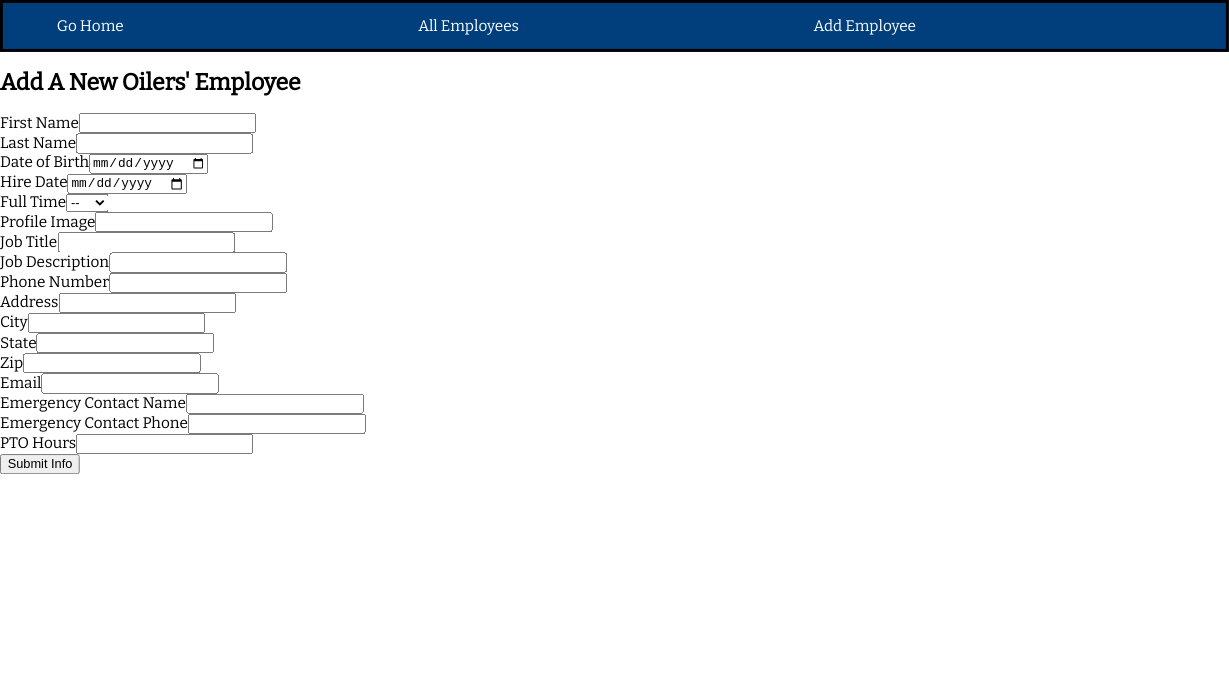
Repository: rh1456/employee-directory
Page: /2
These files come from the project's save history. The page is drawn as it stood at one moment and after the next save; the edit follows.
The browser window is 1280 px wide. The pictures show the whole page, at 96% of full size.
The project was rebuilt for these pictures with package versions that can differ from the ones it lists, and the page was loaded fresh each time. Also part of the build but not shown: src/pages/HomePage.jsx, src/pages/SingleEmployee.jsx, src/pages/AllEmployees.jsx.

Above is the page before, as saved 2019-12-08 18:52:02.

After the next save:
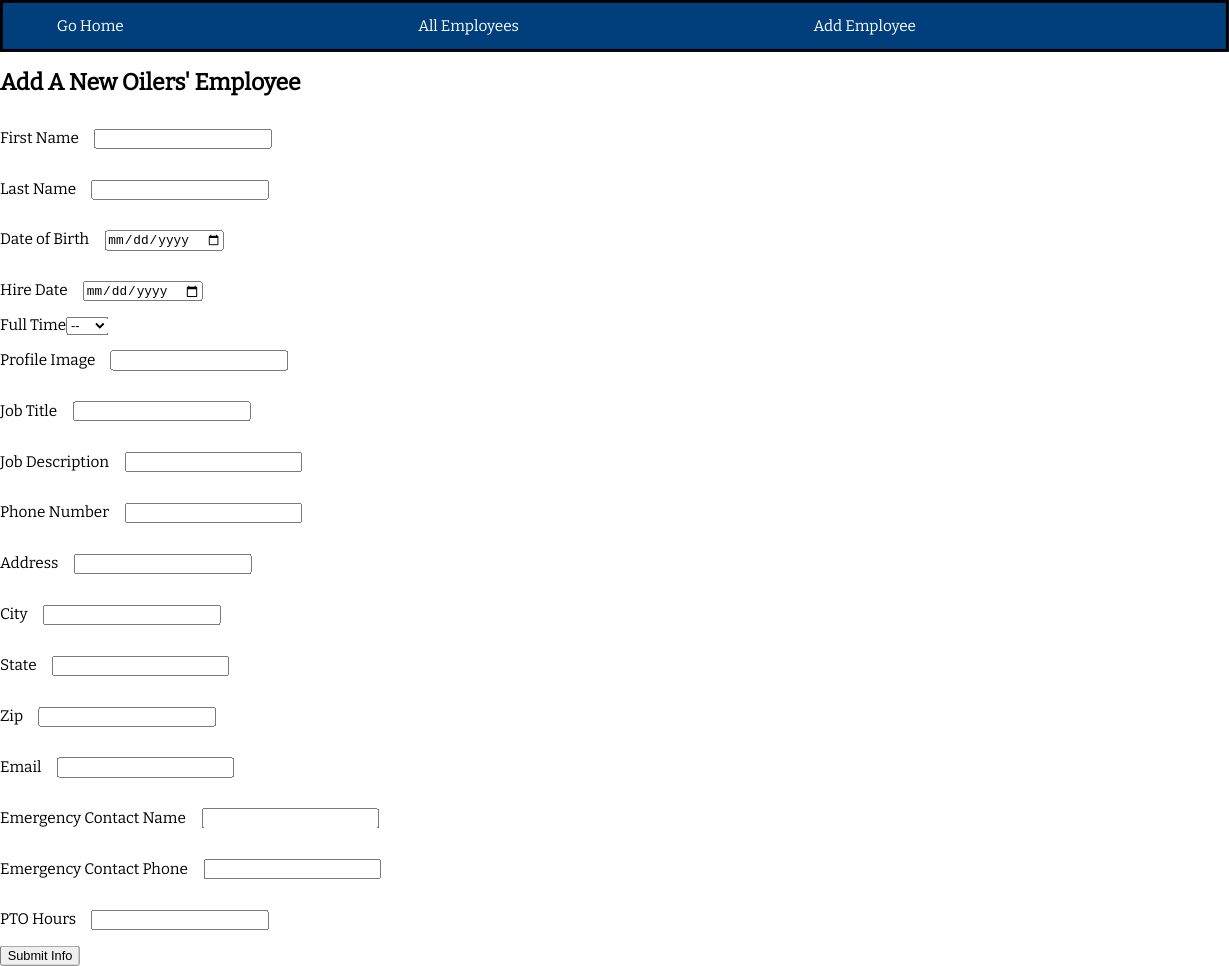
Saved 46 s later.
--- a/src/index.css
+++ b/src/index.css
@@ -59,3 +59,6 @@
 .employee-profile-image {
   height: 13rem;
 }
+input {
+  margin: 1rem;
+}
